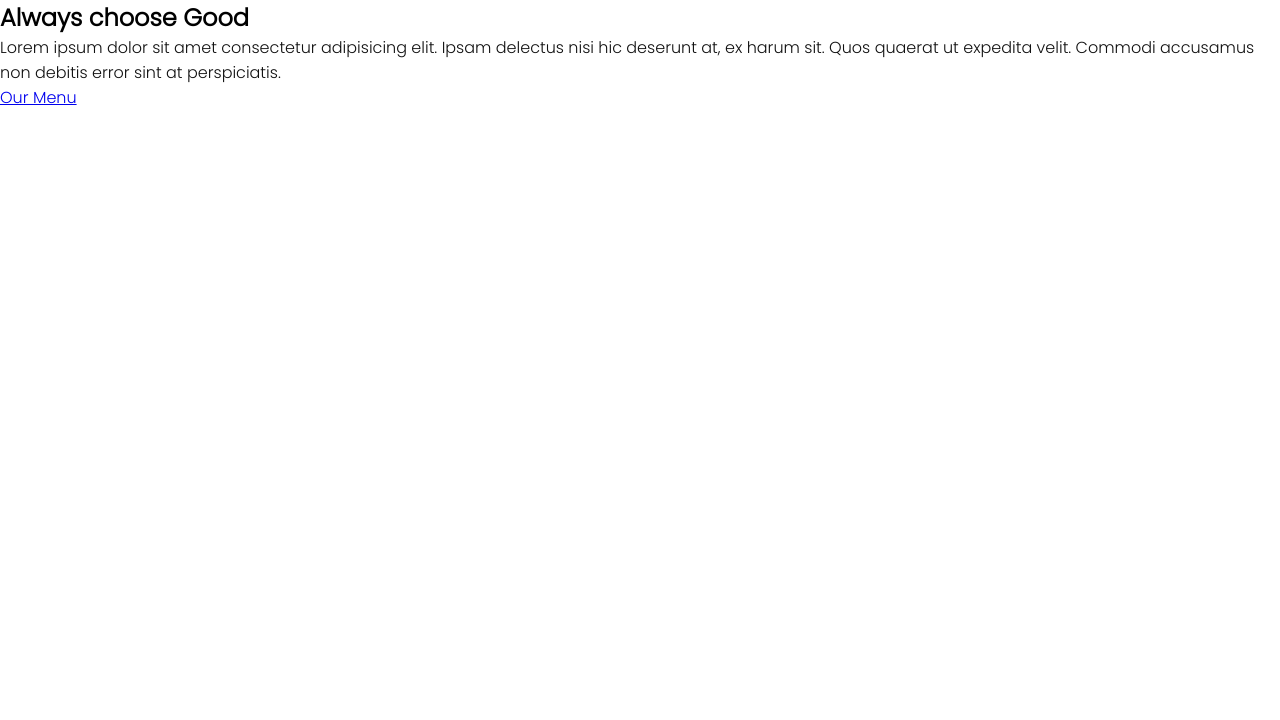
Repository: Adriandias1997/MobileFriendly_FoodWebsite
Page: index.html
The author's editor kept a copy of each file at every save. The page is drawn from the files as they stood at one save, then again after the next save.
The browser window is 1280 px wide. The pictures show the whole page.

Above is the page before, as saved 2020-10-16 09:48:39.

After the next save:
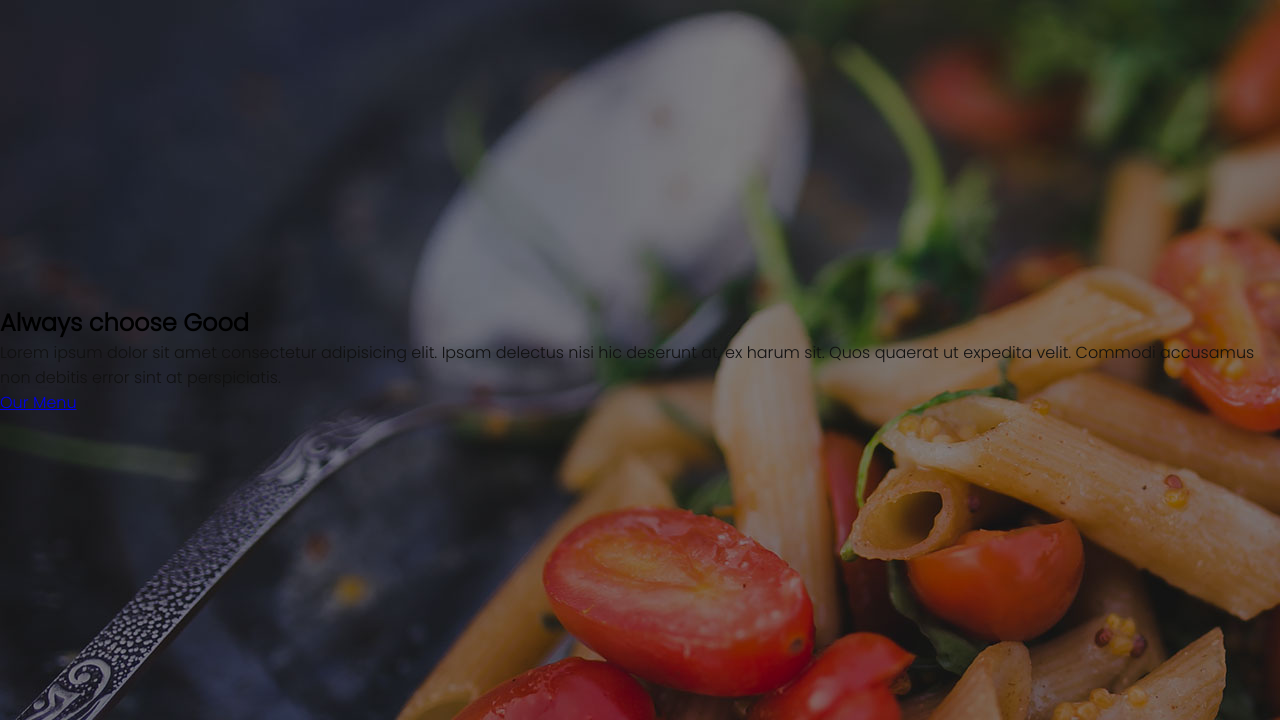
Saved 29 s later.
--- a/style.css
+++ b/style.css
@@ -16,4 +16,7 @@
     width: 100%;
     min-height: 100vh;
     display: flex;
+    justify-content: center;
+    align-items: center;
+    background: url(./Images/bg.jpg);
 }
